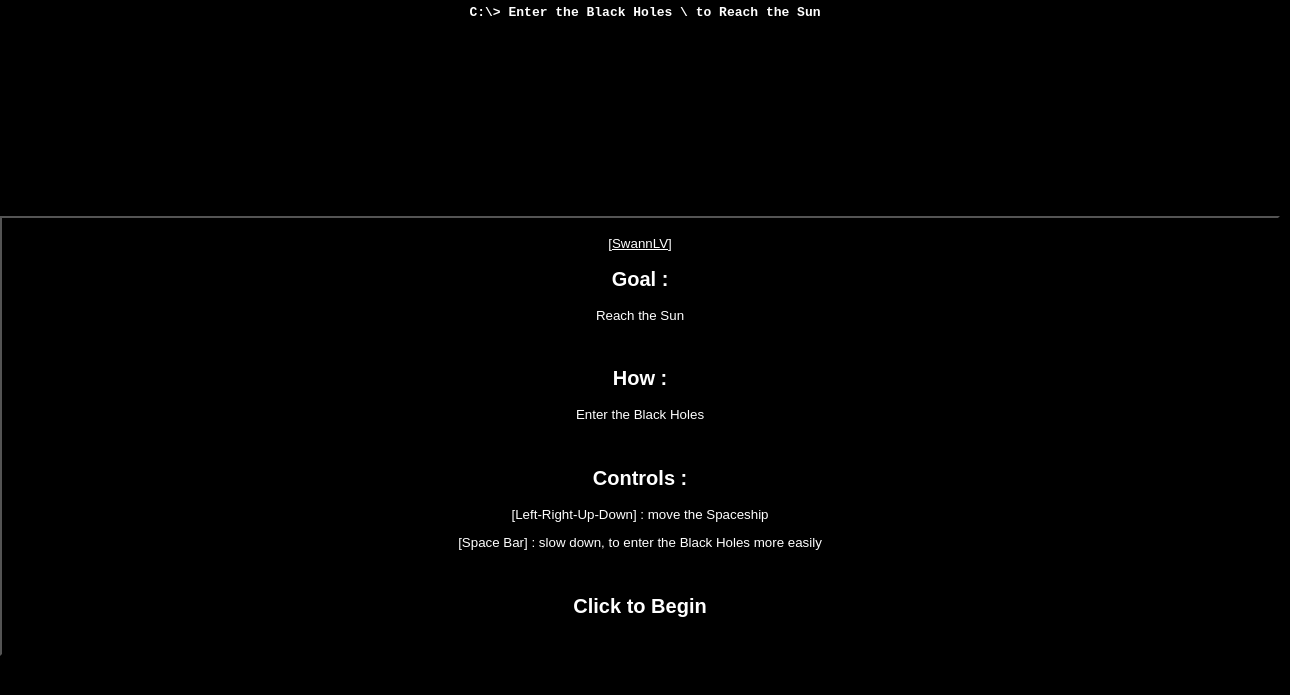
Repository: SwannLV/reach-the-sun
Page: Index.html
The author's editor kept a record of every edit. The page is drawn from the files as they stood at one moment, then again after the next edit.
The browser window is 1280 px wide. The page is 1290 px wide, so the pictures cover 1290 px, including what lies to the right of the window. The pictures show the whole page.
Some web libraries are served in a nearby version.

Above is the page before.
Console error: ReferenceError: THREE is not defined

After the next edit:
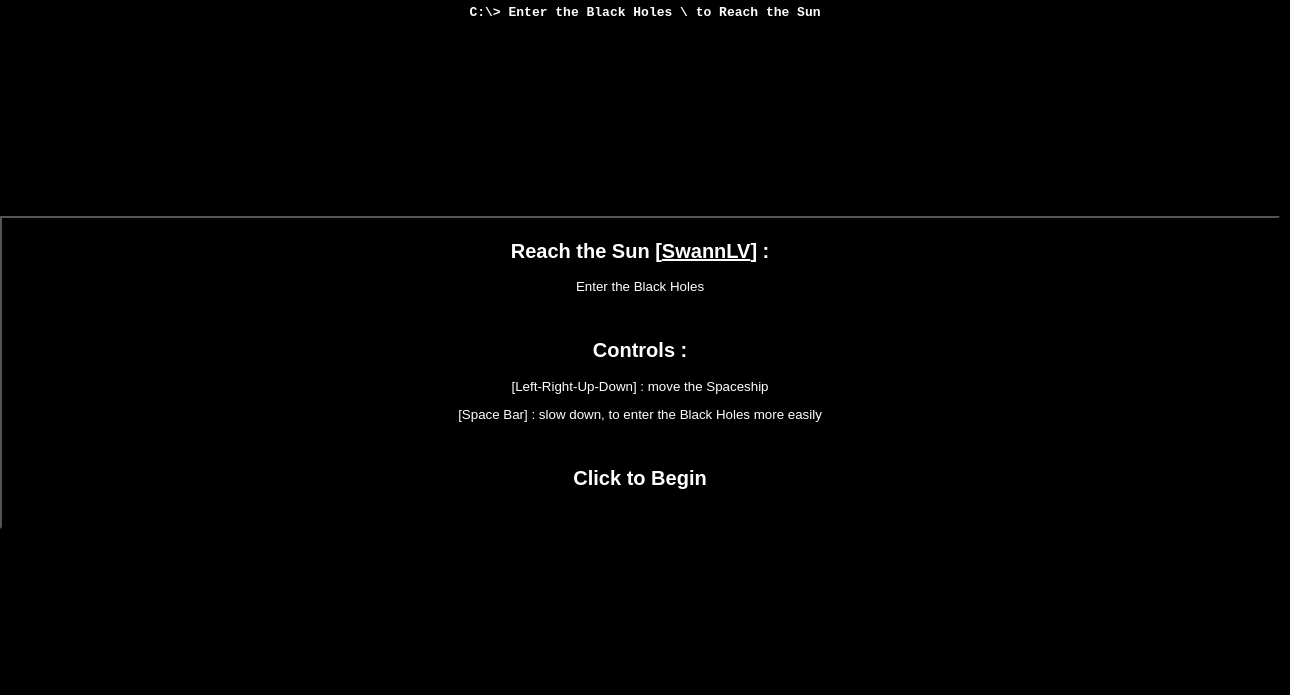
The edit:
--- a/Index.html
+++ b/Index.html
@@ -76,10 +76,7 @@
         </div>
 
         <button id="start" style="background-color:black; color:white;">
-            <p>[<a href="http://ca.linkedin.com/in/swannlv" target="_blank">SwannLV</a>]</p>
-            <h2>Goal :</h2>
-            <p>Reach the Sun</p><br/>
-            <h2>How :</h2>
+            <h2>Reach the Sun [<a href="http://ca.linkedin.com/in/swannlv" target="_blank">SwannLV</a>] :</h2>
             <p>Enter the Black Holes</p><br/>
             <h2>Controls :</h2>
             <p>[Left-Right-Up-Down] : move the Spaceship
